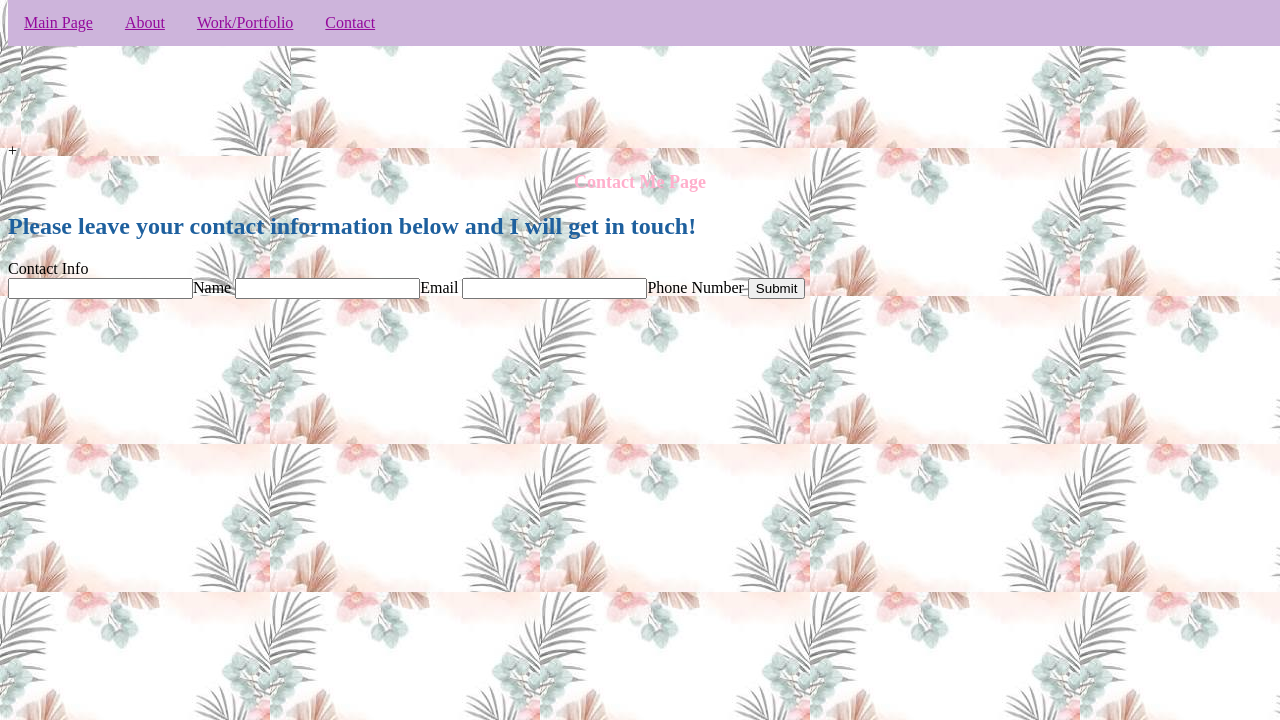
Repository: MelindaN14/My-Personal-Website
Page: contact.html
An editor plug-in stored every save of this project. The page is shown before and after the next save, followed by the edit.
The browser window is 1280 px wide. The pictures show the whole page.

Above is the page before, as saved 2024-03-25 22:50:06.

After the next save:
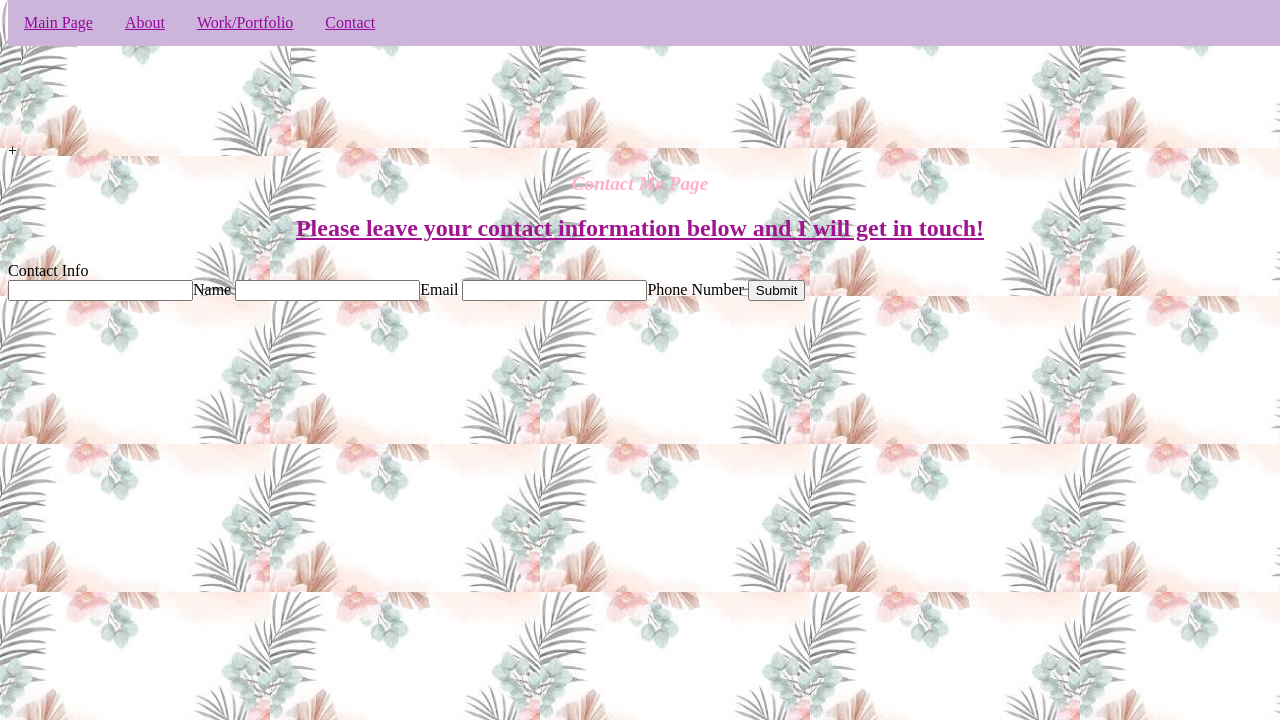
Saved 5 min 3 s later.
--- a/style.css
+++ b/style.css
@@ -30,16 +30,33 @@
 
 h1 {
   color: #ffafcc;
-  font-size: large;
+  font-style: italic;
+  font-size:larger;
   text-align: center;
 }
 h2{
-    color:#1e609e;
+    color:#a11491;
+    font-weight: 500px;
+    text-align: center;
+    text-decoration: underline;
 }
 p {
   color: #cdb4db;
 }
 
+<<<<<<< HEAD
+nav {
+  color: #bde0fe;
+}
+/*body {
+  background-image:url('floral.jpeg');
+  padding: 2rem;
+  display: flex;
+  flex-direction: column;
+  align-items: center;
+  justify-content: center;
+}*/
+=======
 
 /* body { */
   /* background-image:url('floral.jpeg'); */
@@ -49,3 +66,4 @@ p {
   /* align-items: center; */
   /* justify-content: center; */
 /* } */
+>>>>>>> contact
